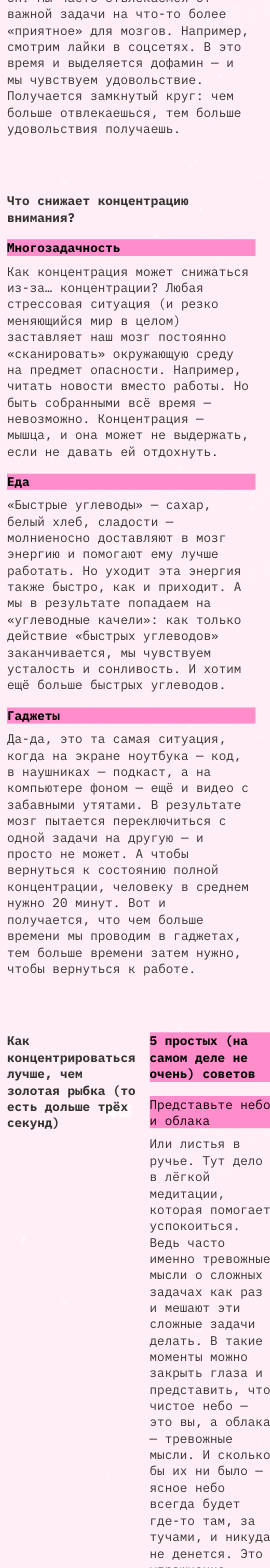
Repository: Hadoooouken/slozhno-sosredotochitsya
Page: index.html
These files come from the project's save history. The page is drawn as it stood at one moment and after the next save; the edit follows.
The browser window is 375 px wide. The page is 386 px wide, so the pictures cover 386 px, including what lies to the right of the window. The pictures show the part of the page from y = 1594 to 3834 px (the page is 7651 px tall before and 7621 px after), at 70% of full size.
Backgrounds fixed to the window are drawn as part of the page.

Above is the page before, as saved 2024-01-24 21:49:31.

### index.html
<!DOCTYPE html>
<html lang="ru">
  <head>
    <meta charset="UTF-8" />
    <meta http-equiv="X-UA-Compatible" content="IE=edge" />
    <meta name="viewport" content="width=device-width, initial-scale=1.0" />
    <meta name="color-scheme" content="dark light" />
    <link rel="icon" href="images/favicon.svg" sizes="any" />
    <link rel="stylesheet" href="fonts/fonts.css" />
    <link rel="stylesheet" href="styles/globals.css" />
    <link rel="stylesheet" href="./styles/variables.css" />
    <link rel="stylesheet" href="scripts/script.js" />
    <link rel="stylesheet" href="./styles/style.css" />
    <link rel="stylesheet" href="./styles/dark.css" />
    <link rel="stylesheet" href="./styles/light.css" />
    <title>Сложно сосредоточиться</title>
  </head>
  <body class="page">
    <header class="header decorated-zone">
      <div class="decoration-element" aria-hidden="true"></div>
      <nav class="header__theme-menu">
        <ul class="header__theme-menu-list">
          <li class="header__theme-menu-item">
            <button
              class="header__theme-menu-button header__theme-menu-button_type_light"
            >
              День
            </button>
          </li>
          <li class="header__theme-menu-item">
            <button
              class="header__theme-menu-button header__theme-menu-button_active header__theme-menu-button_type_auto"
              disabled
            >
              Авто
            </button>
          </li>
          <li class="header__theme-menu-item">
            <button
              class="header__theme-menu-button header__theme-menu-button_type_dark"
            >
              Неон
            </button>
          </li>
        </ul>
      </nav>
      <h1 class="header__title">no focus</h1>
      <div class="header__text title_decor">
        <p>
          Что делать, когда не можешь делать ничего Или&nbsp;почему нам так
          сложно сконцентрироваться, особенно когда очень надо
        </p>
      </div>
    </header>
    <main class="main">
      <section class="section">
        <article class="focus__block">
          <h2 class="section__title">Почему сосредоточиться так сложно</h2>

          <div>
            <h2 class="section__sub-title title_decor">Многозадачность</h2>
            <p class="section__text">
              Особенно сложно сосредоточиться, когда задач много и все они —
              важные. Где же легендарная многозадачность, когда она так нужна
              вам (и всем нанимающим менеджерам этого мира)? А дело в том, что
              её просто не существует. Исследователи
              <a
                class="text__link"
                href="https://dana.org/article/multicosts-of-multitasking/"
                target="_blank"
                >выяснили</a
              >, что мозгу тяжело концентрироваться даже на двух делах
              одновременно. А когда в поле внимания попадает несколько важных
              задач, организм паникует и выделяет кортизол и адреналин —
              «гормоны стресса». Из-за этого мы работаем невнимательно:
              ошибаемся и быстро устаём.
            </p>
            <h2 class="section__sub-title title_decor">Дофамин</h2>
            <p class="section__text">
              С гормонами стресса всё понятно, но дальше — ещё интереснее. В
              нашей невозможности сосредоточиться замешана и полная
              противоположность стрессу — дофамин. Это вещество участвует в
              системе вознаграждения мозга. Причём тут он? Мы часто отвлекаемся
              от важной задачи на что-то более «приятное» для мозгов. Например,
              смотрим лайки в соцсетях. В это время и выделяется дофамин — и мы
              чувствуем удовольствие. Получается замкнутый круг: чем больше
              отвлекаешься, тем больше удовольствия получаешь.
            </p>
          </div>
        </article>
      </section>
      <section class="section">
        <article class="concentration__block">
          <div class="concentration">
            <h2 class="section__title">Что снижает концентрацию внимания?</h2>
          </div>

          <div class="multitasking">
            <h2 class="section__sub-title title_decor">Многозадачность</h2>
            <p class="section__text">
              Как концентрация может снижаться из-за… концентрации? Любая
              стрессовая ситуация (и резко меняющийся мир в целом) заставляет
              наш мозг постоянно «сканировать» окружающую среду на предмет
              опасности. Например, читать новости вместо работы. Но быть
              собранными всё время — невозможно. Концентрация — мышца, и она
              может не выдержать, если не давать ей отдохнуть.
            </p>
          </div>
          <div class="eat">
            <h2 class="section__sub-title title_decor">Еда</h2>
            <p class="section__text">
              «Быстрые углеводы» — сахар, белый хлеб, сладости — молниеносно
              доставляют в мозг энергию и помогают ему лучше работать. Но уходит
              эта энергия также быстро, как и приходит. А мы в результате
              попадаем на «углеводные качели»: как только действие «быстрых
              углеводов» заканчивается, мы чувствуем усталость и сонливость. И
              хотим ещё больше быстрых углеводов.
            </p>
          </div>
          <div class="gadgets">
            <h2 class="section__sub-title title_decor">Гаджеты</h2>
            <p class="section__text">
              Да-да, это та самая ситуация, когда на экране ноутбука — код, в
              наушниках — подкаст, а на компьютере фоном — ещё и видео с
              забавными утятами. В результате мозг пытается переключиться с
              одной задачи на другую — и просто не может. А чтобы вернуться к
              состоянию полной концентрации, человеку в среднем нужно 20 минут.
              Вот и получается, что чем больше времени мы проводим в гаджетах,
              тем больше времени затем нужно, чтобы вернуться к работе.
            </p>
          </div>
        </article>
      </section>
      <section class="section">
        <article class="how__block">
          <h2 class="section__title">
            Как концентрироваться лучше, чем золотая рыбка (то есть дольше трёх
            секунд)
          </h2>
          <div>
            <h2 class="concentration__title title_decor">
              5 простых (на самом деле не очень) советов
            </h2>
            <h2 class="concentration__sub-title title_decor">
              Представьте небо и облака
            </h2>
            <p class="concentration__text">
              Или листья в ручье. Тут дело в лёгкой медитации, которая помогает
              успокоиться. Ведь часто именно тревожные мысли о сложных задачах
              как раз и мешают эти сложные задачи делать. В такие моменты можно
              закрыть глаза и представить, что чистое небо — это вы, а облака —
              тревожные мысли. И сколько бы их ни было — ясное небо всегда будет
              где-то там, за тучами, и никуда не денется. Это упражнение поможет
              вернуться в настоящий момент, а не волноваться о потенциальных
              проблемах из будущего.
            </p>
            <h2 class="concentration__sub-title title_decor">
              Включите музыку
            </h2>
            <p class="concentration__text">
              Но не любую, и не любимую. Любимая может быть связана с сильными
              положительными эмоциями, которые тоже очень сильно отвлекают.
              Подойдёт тихая, спокойная, умеренно-ритмичная. Можно вообще
              попробовать включить плейлист в «белым шумом» или нейромузыкой.
            </p>
            <h2 class="concentration__sub-title title_decor">Прогуляйтесь</h2>
            <p class="concentration__text">
              Или даже пробегитесь. Лучше найти парк или лес: один эксперимент
              <a
                class="text__link"
                href="https://www.sciencedirect.com/science/article/abs/pii/S0272494415000328"
                target="_blank"
                >показал</a
              >, что созерцание природы повышает концентрацию, в то время как
              после просмотра городских пейзажей она наоборот понижается. Можно
              совместить прогулку с физическими упражнениями или бегом — так в
              мозг поступит ещё больше кислорода и он будет лучше работать. Но и
              простая двадцатиминутная прогулка — тоже отличный вариант.
            </p>
            <h2 class="concentration__sub-title title_decor">Хорошо ешьте</h2>
            <p class="concentration__text">
              Мы — не ваша бабушка, но это правда важно. Выбирайте продукты,
              которые препятствуют резким скачкам сахара в крови. Например, с
              высоким содержанием клетчатки: овощи, ягоды, бобовые (нут,
              чечевица, фасоль), коричневый рис, хлеб из цельнозерновой пшеницы.
            </p>
            <h2 class="concentration__sub-title title_decor">Читайте</h2>
            <p class="concentration__text">
              Настоящие бумажные книги. Это правда помогает с концентрацией:
              чтобы прочитать пост в соцсети, достаточно нескольких минут или
              даже секунд. А вот интересная книга способна затянуть и на
              несколько часов и круто тренирует направленное внимание.
            </p>
          </div>
        </article>
      </section>
      <section class="gallery__section section">
        <h2 class="gallery__title section__sub-title title_decor">
          А можно в картинках?
        </h2>
        <ul class="gallery__list">
          <li class="galery__list-item sunset">
            <img
              class="galery__img"
              loading="lazy"
              src="./images/sunset.png"
              alt="закат"
            />
          </li>
          <li class="galery__list-item ice-cream">
            <img
              class="galery__img"
              loading="lazy"
              src="./images/ice-cream.png"
              alt="мороженное"
            />
          </li>
          <li class="galery__list-item tape">
            <img
              class="galery__img"
              loading="lazy"
              src="./images/tape.png"
              alt="кассеты"
            />
          </li>
          <li class="galery__list-item books">
            <img
              class="galery__img"
              loading="lazy"
              src="./images/books.png"
              alt="книги"
            />
          </li>
          <li class="galery__list-item street">
            <img
              class="galery__img"
              loading="lazy"
              src="./images/street.png"
              alt="улица"
            />
          </li>
        </ul>
      </section>
    </main>
    <footer class="footer">
      <div class="decorated-zone"></div>
      <h2 class="footer__title">focus</h2>
    </footer>

    <script src="./scripts/script.js"></script>
  </body>
</html>

### styles/variables.css
:root {
  /*
  Переменные для вашего проекта
  и их переопределение под различные устройства
*/

  ---button-color: #ff0070;
  --decoration-element: #ff0070;
  --background-image: url(/images/cover-image-dark.png);
  --hover-color: rgb(255 0 112 / 0.4);
  --main-font: "IBM Plex mono" sans-serif;
  --focus-color: #ff0070;
  --main-title: #DB00FF;
  --sub-title-color: #000028;
  --backgroundg-sub-title: #FF0070;
  --title-color: #ff0070;
  --text-color: #f1b2ce;
  --bg-color: #000028;
  --link-color: #ff0070;
  --link-status:#F1B2CE;
  --shadow-color:#ff0070;


}

### scripts/script.js
const themeButtons = document.querySelectorAll('.header__theme-menu-button');

themeButtons.forEach((button) => {
  button.addEventListener('click', () => {
    themeButtons.forEach((btn) => {
      btn.classList.remove('header__theme-menu-button_active');
      btn.removeAttribute('disabled');
    });
    if (
      [...button.classList].includes('header__theme-menu-button_type_light')
    ) {
      changeTheme('light');
    } else if (
      [...button.classList].includes('header__theme-menu-button_type_dark')
    ) {
      changeTheme('dark');
    } else {
      changeTheme('auto');
    }
    button.classList.add('header__theme-menu-button_active');
    button.setAttribute('disabled', true);
  });
});

function changeTheme(theme) {
  document.body.className = 'page';
  document.body.classList.add(`theme_${theme}`);
  localStorage.setItem('theme', theme);
}

function initTheme() {
  const theme = localStorage.getItem('theme');
  if (theme) {
    changeTheme(theme);
    themeButtons.forEach((btn) => {
      btn.classList.remove('header__theme-menu-button_active');
      btn.removeAttribute('disabled');
    });
    document
      .querySelector(`.header__theme-menu-button_type_${theme}`)
      .classList.add('header__theme-menu-button_active');
    document
      .querySelector(`.header__theme-menu-button_type_${theme}`)
      .setAttribute('disabled', true);
  }
}

initTheme();

### styles/style.css
/* Основные стили проекта. Это стили для темы, которую вы верстаете первой. */

.page {
  /* сохраните в разметке и стилях класс page. На его основе работает скрипт. */

  background-color: var(--bg-color);
  background-image: var(--background-image);
  background-attachment: fixed;
  background-position: center;
  background-size: cover;
  font-family: "IBM Plex mono";
  font-size: 18px;
}
.section {
  padding: 0px 20px;
}

.header {
  position: relative;
  block-size: 100vh;
  min-block-size: 375px;
  padding: 20px;
  display: grid;
  grid-template-rows: 1fr min-content 1fr;
  justify-items: start;
}

.decorated-zone::before {
  content: "";
  position: absolute;
  border-block-start: 1px solid var(--decoration-element);
  border-inline-end: 1px solid var(--decoration-element);
  right: 20px;
  top: 20px;
  width: 25px;
  height: 25px;
}

.decorated-zone::after {
  content: "";
  position: absolute;
  border-block-end: 1px solid var(--decoration-element);
  border-inline-start: 1px solid var(--decoration-element);
  left: 20px;
  bottom: 20px;
  width: 25px;
  height: 25px;
}
.decoration-element {
  position: absolute;
  right: 48px;
  top: 21px;
}

.decoration-element::before {
  content: "REC";
  color: var(--decoration-element);
  font-family: inherit;
  display: inline-block;
}

.decoration-element::after {
  content: "";
  background-color: var(--decoration-element);
  width: 9px;
  height: 9px;
  border-radius: 50%;
  display: inline-block;
  box-shadow: 0px 0px 4px 2px var(--decoration-element);
  top: 6px;
  left: 42px;
  position: absolute;
}

.header__title {
  font-family: var(--main-font);
  font-size: clamp(7.5rem, 0.5625rem + 14.4531vw, 9.8125rem);
  color: var(--main-title);
  line-height: 82.5%;
  text-shadow: 4px 4px 0 var(--shadow-color);
  margin-inline-start: -20px;
}

.header__theme-menu {
  justify-self: center;
}

.header__text {
  font-size: 18px;
  justify-self: end;
  max-width: 491px;
  align-self: center;
  font-weight: 700;
  color: var(--sub-title-color);
  line-height: 23.4px;
}

.title_decor {
  background-color: var(--backgroundg-sub-title);
}

.header__theme-menu-list {
  display: flex;
  justify-content: center;
  gap: 10px;
}

.header__theme-menu-button {
  background-color: transparent;
  color: var(--button-color);
  border: none;
  text-transform: lowercase;
  line-height: 18px;
  padding: 2px 13px;
  cursor: pointer;
}

.header__theme-menu-button:focus {
  outline: none;
}

.header__theme-menu-button:focus-visible {
  text-decoration: underline;
  outline: none;
  color: var(--focus-color);
}

.header__theme-menu-button:hover {
  outline: 1px solid var(--hover-color);
}

.header__theme-menu-button_active {
  pointer-events: none;
  outline: 1px solid var(--button-color);
}

.main {
  padding-top: 60px;
}

.focus__block {
  display: grid;
  grid-template-columns: 1fr 2fr;
  gap: 10px;
}

.section__title {
  font-weight: 700;
  color: var(--title-color);
  font-size: inherit;
  line-height: 23.4px;
}

.section__sub-title {
  font-size: inherit;
  line-height: 23.4px;
  margin-block-end: 10px;
  font-weight: 700;
}

.section__text {
  font-size: inherit;
  line-height: 23.4px;
  color: var(--text-color);
  font-weight: 400;
  margin-block-end: 20px;
}
.section__text:last-child {
  margin-block-end: 0px;
}

.text__link {
  text-decoration: none;
  cursor: pointer;
  text-shadow: 2px 2px 0 var(--link-color);
}

.text__link:hover {
  border-bottom: 1px solid var(--link-status);
}

.text__link:focus {
  outline: none;
}

.text__link:focus-visible {
  outline: 1px solid var(--link-status);
  outline-offset: 0px;
}

.concentration__block {
  padding-top: 80px;
  display: grid;
  grid-template-columns: repeat(3, 1fr);
  grid-template-rows: repeat(2, min-content);
  grid-column-gap: 20px;
  grid-row-gap: 20px;
  grid-template-areas:
    "concentration . ."
    "multitasking eat gadgets";
}

.concentration {
  grid-area: concentration;
}

.multitasking {
  grid-area: multitasking;
}
.eat {
  grid-area: eat;
}

.gadgets {
  grid-area: gadgets;
}

.how__block {
  padding-top: 80px;
  display: grid;
  grid-template-columns: 1fr 2fr;
  grid-column-gap: 10px;
}

.concentration__title {
  font-size: inherit;
  line-height: 23.4px;
  margin-block-end: 20px;
  font-weight: 700;
}

.concentration__sub-title {
  font-weight: 400;
  font-size: inherit;
  line-height: 23.4px;
  margin-block-end: 10px;
}

.concentration__text {
  font-size: inherit;
  line-height: 23.4px;
  color: var(--text-color);
  font-weight: 400;
  margin-block-end: 20px;
}

.concentration__text:last-child {
  margin-block-end: 0px;
}

.gallery__section {
  padding-top: 80px;
}

.gallery__list {
  margin-block-start: 20px;
  margin-block-end: 60px;
  display: grid;
  grid-template-columns: repeat(3, 1fr);
  grid-template-rows: 260px 315px 428px;
  grid-column-gap: 20px;
  grid-row-gap: 22px;
  grid-template-areas:
    "sunset sunset ice-cream"
    "tape books ice-cream"
    "tape street street";
}

.galery__img {
  block-size: 100%;
  object-fit: cover;
  object-position: center;
  inline-size: 100%;
}

.sunset {
  grid-area: sunset;
}
.ice-cream {
  grid-area: ice-cream;
}
.tape {
  grid-area: tape;
}
.books {
  grid-area: books;
}
.street {
  grid-area: street;
}

.footer {
  display: flex;
  justify-content: center;
  align-items: center;
  block-size: 100vh;
  min-block-size: 375px;
  padding: 20px;
  position: relative;
}

.footer__title {
  font-family: var(--main-font);
  font-size: clamp(7.5rem, 0.5625rem + 14.4531vw, 9.8125rem);
  color: var(--main-title);
  line-height: 82.5%;
  text-shadow: 2px 2px 0px var(--shadow-color);
}

@media (max-width: 768px) {
  .header__theme-menu-list {
    display: flex;
    flex-direction: column;
  }
  .header__theme-menu {
    justify-self: end;
    align-self: center;
    display: block;
  }
  .header__theme-menu-button {
    padding: 4px 13px;
  }
  .header__text {
    max-width: 364px;
    justify-items: center; /*хз что тут*/
  }
  .focus__block {
    gap: 20px;
  }
  .section__title {
    max-width: 236px;
  }
  .concentration__block {
    grid-template-columns: none;

    grid-template-areas:
      "concentration"
      "multitasking"
      "eat"
      "gadgets";
  }
  .how__block {
    grid-column-gap: 20px;
  }
  .gallery__list {
    grid-template-rows: auto;
    grid-row-gap: 15px;
    grid-column-gap: 23px;
  }
}

@media (max-width: 375px) {
  .header {
    padding: 10px;
  }

  .decorated-zone::before {
    right: 11px;
    top: 11px;
  }
  .section {
    padding: 0 10px;
  }

  .decorated-zone::after {
    left: 11px;
    bottom: 11px;
  }

  .decoration-element {
    right: 38px;
    top: 12px;
  }

  .header__title {
    margin: 0;
  }
  .header__theme-menu-button {
    padding: 4px 18px;
  }

  .header__theme-menu-button:hover {
    outline-offset: -1px;
  }

  .header__theme-menu-button_active {
    outline-offset: -1px;
  }

  .header__text {
    max-width: 355px;
    justify-items: start; /*хз что тут*/
  }
  .main {
    padding-top: 40px;
  }
  .focus__block {
    display: grid;
    grid-template-rows: 1fr;
    grid-template-columns: 355px;
  }
  .section__title {
    max-width: 355px;
  }

  .concentration__block {
    padding-top: 80px
  }
}

### styles/dark.css
/*
  Специально для тёмной темы при наличии класса,
  здесь окажутся стили, которые нужно переопределить принудительно,
  переключая тему
*/

.page.theme_dark {
  /* сохраните этот селектор в приведённом виде.
    Так стили написанные ниже будут иметь больший вес,
    чем стили в медиазапросе предпочтений пользователя
  */
  --button-color: #ff0070;
  --decoration-element: #ff0070;
  --background-image: url(/images/cover-image-dark.png);
  --hover-color: rgb(255 0 112 / 0.4);
  --main-font: "IBM Plex mono" sans-serif;
  --focus-color: #ff0070;
  --main-title: #DB00FF;
  --sub-title-color: #000028;
  --backgroundg-sub-title: #FF0070;
  --title-color: #ff0070;
  --text-color: #f1b2ce;
  --bg-color: #000028;
  --link-color: #ff0070;
  --link-status:#F1B2CE;
  --shadow-color:#ff0070;

}

### styles/light.css
/*
  Специально для светлой темы при наличии класса.
  Здесь окажутся стили, которые нужно переопределить принудительно,
  переключая тему
*/

.page.theme_light {
  /* сохраните этот селектор в приведённом виде.
    Так стили написанные ниже будут иметь больший вес,
    чем стили в медиазапросе предпочтений пользователя
  */
  --button-color: #353430;
  --decoration-element: #353430;
  --background-image: url(/images/cover-image-light.png);
  --hover-color: rgb(50 49 45 / 0.4);
  --main-font: "IBM Plex mono" sans-serif;
  --focus-color: #353430;
  --main-title: #ffc2e6;
  --sub-title-color: #353430;
  --backgroundg-sub-title: #ff8dcb;
  --title-color: #353430;
  --text-color: #353430;
  --bg-color: #fff1f7;
  --link-color: #ff8dcb;
  --link-status: #353430;
  --shadow-color: #ff0070;
}

@media (prefers-color-scheme: light) {
  :root {
    --button-color: #353430;
    --decoration-element: #353430;
    --background-image: url(/images/cover-image-light.png);
    --hover-color: rgb(50 49 45 / 0.4);
    --main-font: "IBM Plex mono" sans-serif;
    --focus-color: #353430;
    --main-title: #ffc2e6;
    --sub-title-color: #353430;
    --backgroundg-sub-title: #ff8dcb;
    --title-color: #353430;
    --text-color: #353430;
    --bg-color: #fff1f7;
    --link-color: #ff8dcb;
    --link-status: #353430;
    --shadow-color: #ff0070;
  }
  .theme_light .decoration-element {
    display: none;
  }
}

.theme_auto .decoration-element {
  display: none;
}

Loaded but not shown: fonts/fonts.css (common file); styles/globals.css (common file)

After the next save:
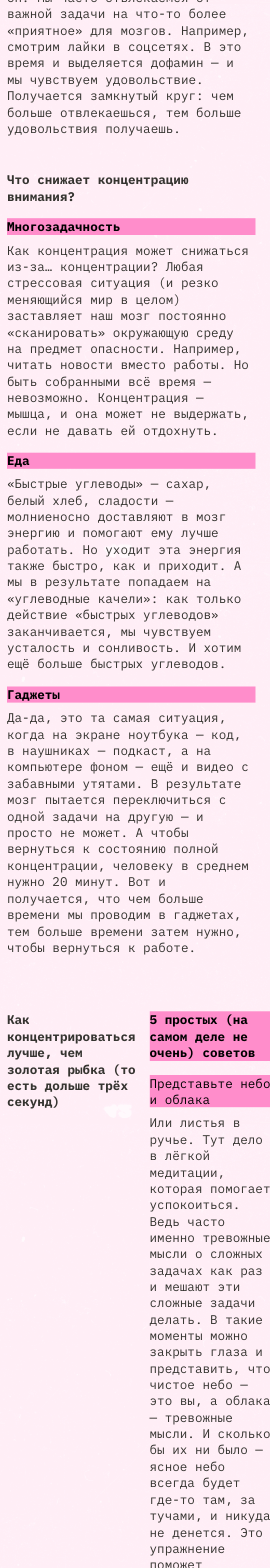
Saved 11 s later.
--- a/styles/style.css
+++ b/styles/style.css
@@ -404,6 +404,6 @@
   }
 
   .concentration__block {
-    padding-top: 80px
-  }
-}
+    padding-top: 50px
+  }
+}
